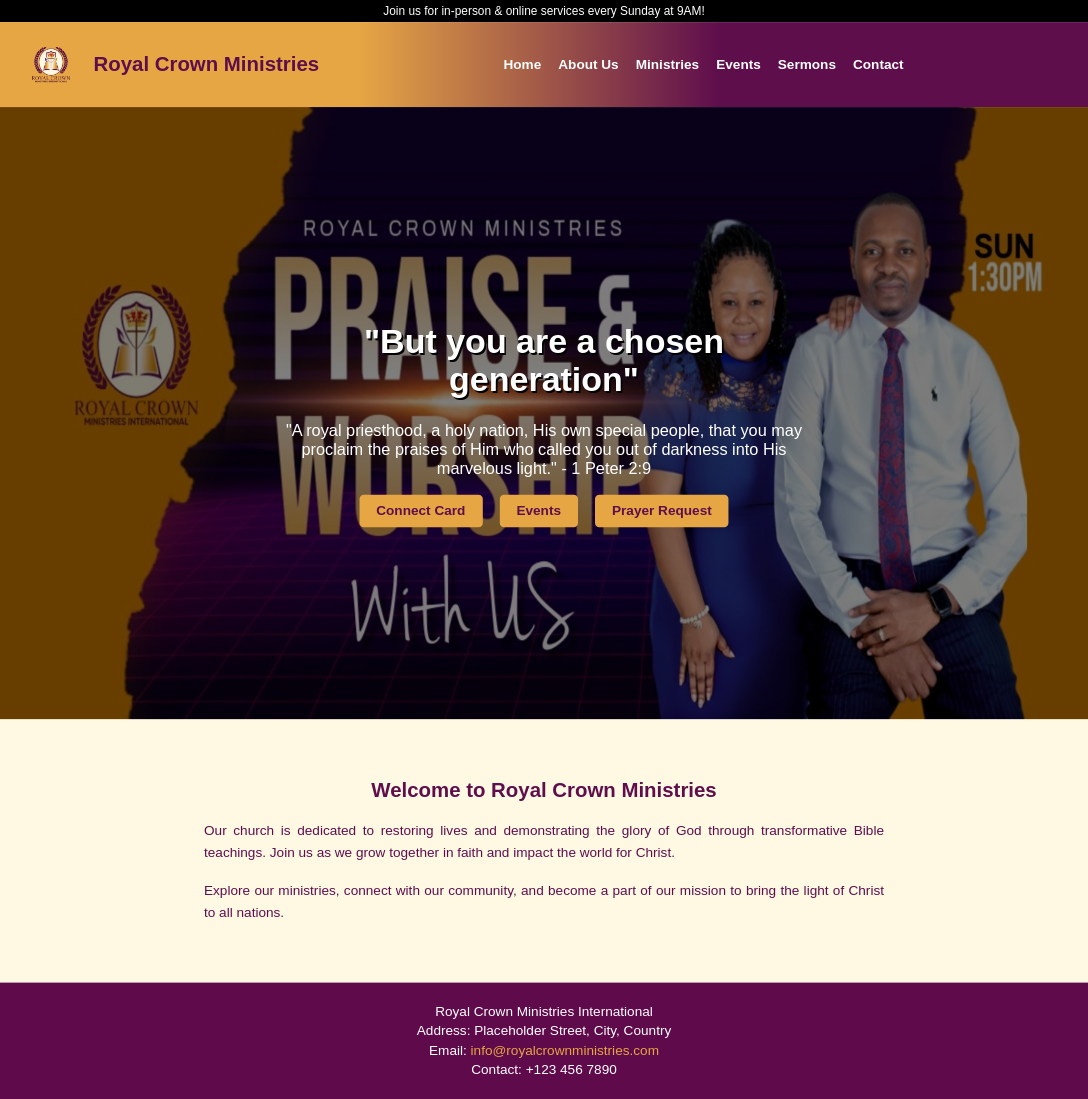
Repository: muwomotapiwa/Royal-Crown
Page: index.html
These files come from the project's save history. The page is drawn as it stood at one moment and after the next save; the edit follows.
The browser window is 1280 px wide. The pictures show the whole page, at 85% of full size.

Above is the page before, as saved 2024-12-23 00:13:23.

After the next save:
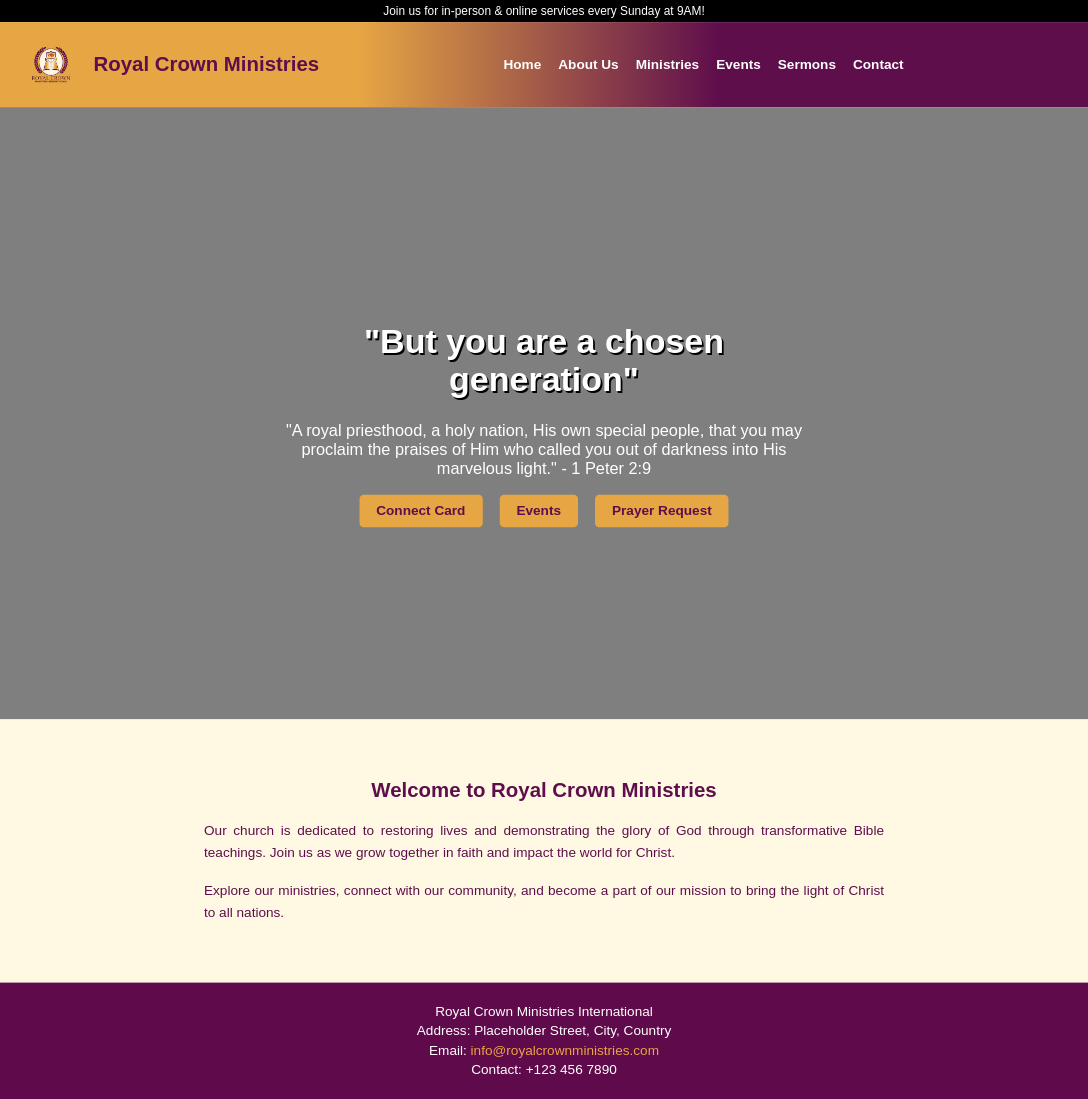
Not found: assets/Background.jpg
Saved 5 s later.
--- a/css/style.css
+++ b/css/style.css
@@ -62,7 +62,7 @@
 /* Banner Section */
 .banner {
     height: 100vh;
-    background: url('../assets/Background.jpeg') no-repeat center center/cover; /* Updated background image path */
+    background: url('../assets/Background.jpg') no-repeat center center/cover; /* Updated background image path */
     position: relative;
 }
 

After the save that followed:
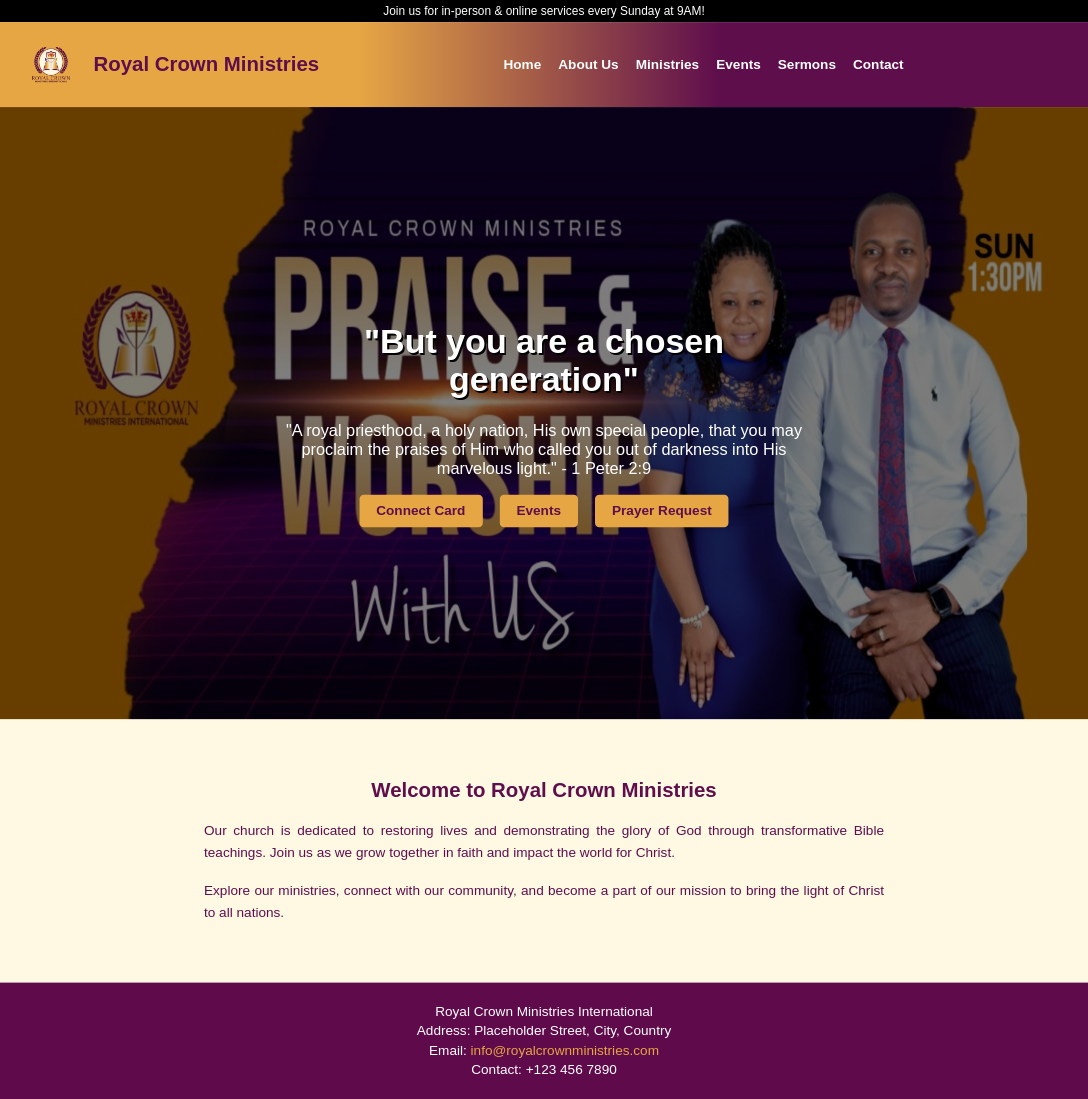
Saved 3 min 34 s later.
--- a/css/style.css
+++ b/css/style.css
@@ -62,7 +62,7 @@
 /* Banner Section */
 .banner {
     height: 100vh;
-    background: url('../assets/Background.jpg') no-repeat center center/cover; /* Updated background image path */
+    background: url('../assets/Background.jpeg') no-repeat center center/cover; /* Updated background image path */
     position: relative;
 }
 
